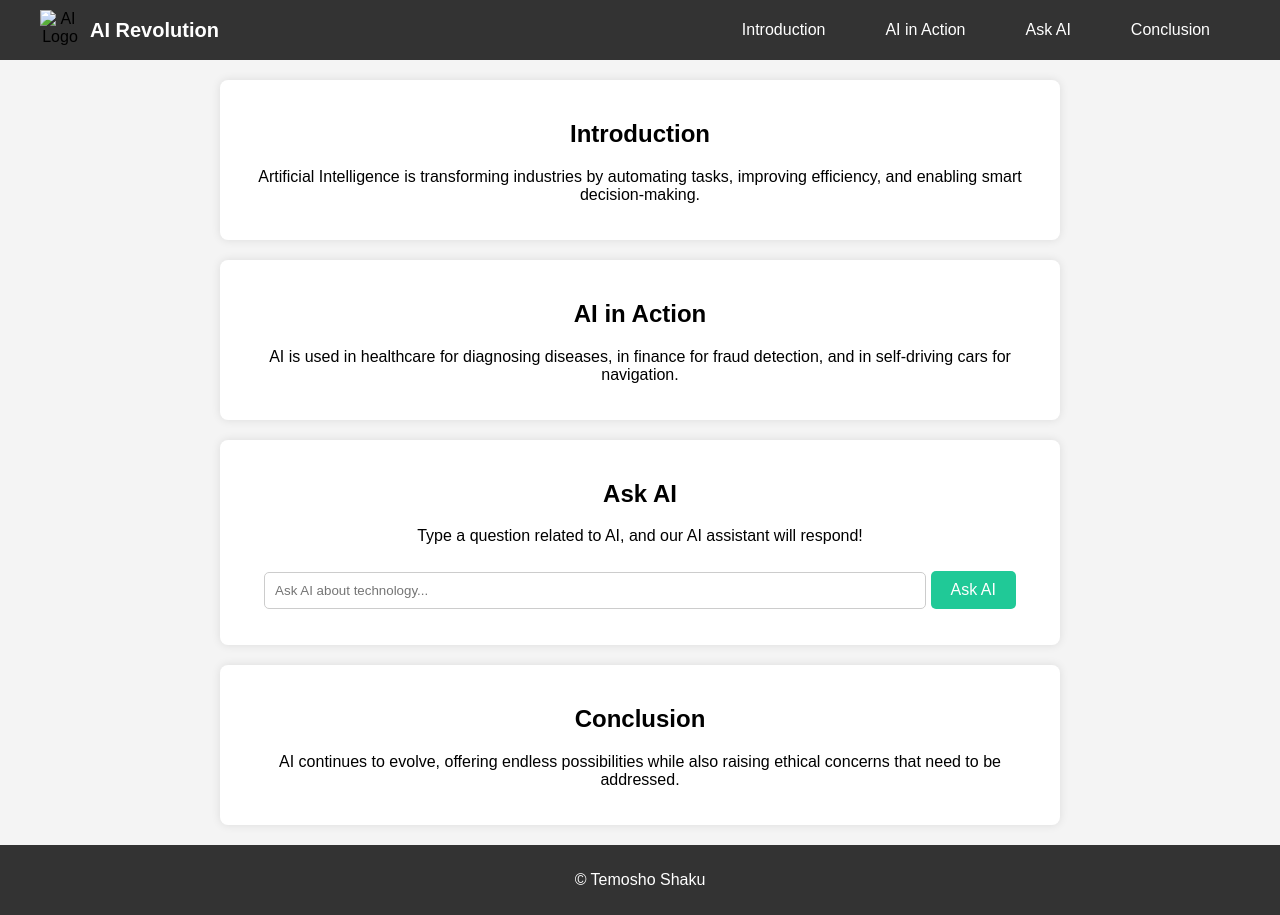
Repository: TemoshoS/ai
Page: index.html
An editor plug-in stored every save of this project. The page is shown before and after a run of saves, followed by the edit.
The browser window is 1280 px wide. The pictures show the whole page.

Above is the page before, as saved 2025-02-16 15:22:14.
Not found: ai-icon.png

### index.html
<!DOCTYPE html>
<html lang="en">
<head>
    <meta charset="UTF-8">
    <meta name="viewport" content="width=device-width, initial-scale=1.0">
    <title>AI Revolution</title>
    <link rel="stylesheet" href="styles.css">
</head>
<body>

    <nav>
        <div class="nav-container">
            <div class="logo">
                <img src="ai-icon.png" alt="AI Logo">
                <span>AI Revolution</span>
            </div>
            <ul class="nav-links">
                <li><a href="#intro">Introduction</a></li>
                <li><a href="#body">AI in Action</a></li>
                <li><a href="#chatbot">Ask AI</a></li>
                <li><a href="#conclusion">Conclusion</a></li>
            </ul>
        </div>
    </nav>

    <section id="intro">
        <h2>Introduction</h2>
        <p>Artificial Intelligence is transforming industries by automating tasks, improving efficiency, and enabling smart decision-making.</p>
    </section>

    <section id="body">
        <h2>AI in Action</h2>
        <p>AI is used in healthcare for diagnosing diseases, in finance for fraud detection, and in self-driving cars for navigation.</p>
    </section>

    <section id="chatbot">
        <h2>Ask AI</h2>
        <p>Type a question related to AI, and our AI assistant will respond!</p>
        <input type="text" id="userInput" placeholder="Ask AI about technology...">
        <button id="askAI">Ask AI</button>
        <p id="aiResponse"></p>
    </section>

    <section id="conclusion">
        <h2>Conclusion</h2>
        <p>AI continues to evolve, offering endless possibilities while also raising ethical concerns that need to be addressed.</p>
    </section>

    <footer>
        <p>&copy; Temosho Shaku</p>
    </footer>

    <script src="script.js"></script>
</body>
</html>

### styles.css
body {
    font-family: Arial, sans-serif;
    margin: 0;
    padding: 0;
    background-color: #f4f4f4;
    text-align: center;
}

/* NAVIGATION BAR */
nav {
    background: #333;
    padding: 10px 20px;
}

.nav-container {
    display: flex;
    justify-content: space-between;
    align-items: center;
    max-width: 1200px;
    margin: auto;
}

.logo {
    display: flex;
    align-items: center;
}

.logo img {
    width: 40px;
    height: 40px;
    margin-right: 10px;
}

.logo span {
    font-size: 20px;
    color: white;
    font-weight: bold;
}

.nav-links {
    list-style: none;
    display: flex;
    margin: 0;
    padding: 0;
}

.nav-links li {
    margin: 0 15px;
}

.nav-links li a {
    color: white;
    text-decoration: none;
    padding: 10px 15px;
    display: block;
}

.nav-links li a:hover {
    background-color: #20C997;
    border-radius: 5px;
}

/* CONTENT */
section {
    padding: 20px;
    max-width: 800px;
    margin: auto;
    background: white;
    margin-top: 20px;
    border-radius: 8px;
    box-shadow: 0px 0px 10px rgba(0, 0, 0, 0.1);
}

/* AI CHAT */
input {
    padding: 10px;
    width: 80%;
    border: 1px solid #ccc;
    border-radius: 5px;
    margin-top: 10px;
}

button {
    background-color: #20C997;
    color: white;
    padding: 10px 20px;
    border: none;
    font-size: 16px;
    cursor: pointer;
    margin-top: 10px;
    border-radius: 5px;
}

button:hover {
    background-color: #17a589;
}

#aiResponse {
    font-weight: bold;
    color: #333;
    margin-top: 15px;
}

/* FOOTER */
footer {
    margin-top: 20px;
    background-color: #333;
    color: white;
    padding: 10px;
}

### script.js

document.getElementById("askAI").addEventListener("click", function () {
    let userInput = document.getElementById("userInput").value.trim();

    if (!userInput) {
        alert("Please enter a question!");
        return;
    }

    document.getElementById("aiResponse").innerText = "Thinking...";

    setTimeout(() => {
        let fakeResponses = [
            "AI helps automate repetitive tasks.",
            "Machine learning enables computers to learn from data.",
            "AI is used in chatbots, self-driving cars, and healthcare.",
            "AI raises ethical concerns, including bias and job automation.",
            "AI can improve cybersecurity by detecting threats."
        ];

        let randomResponse = fakeResponses[Math.floor(Math.random() * fakeResponses.length)];

        document.getElementById("aiResponse").innerText = randomResponse;
    }, 1500);
});

After the next 7 saves:
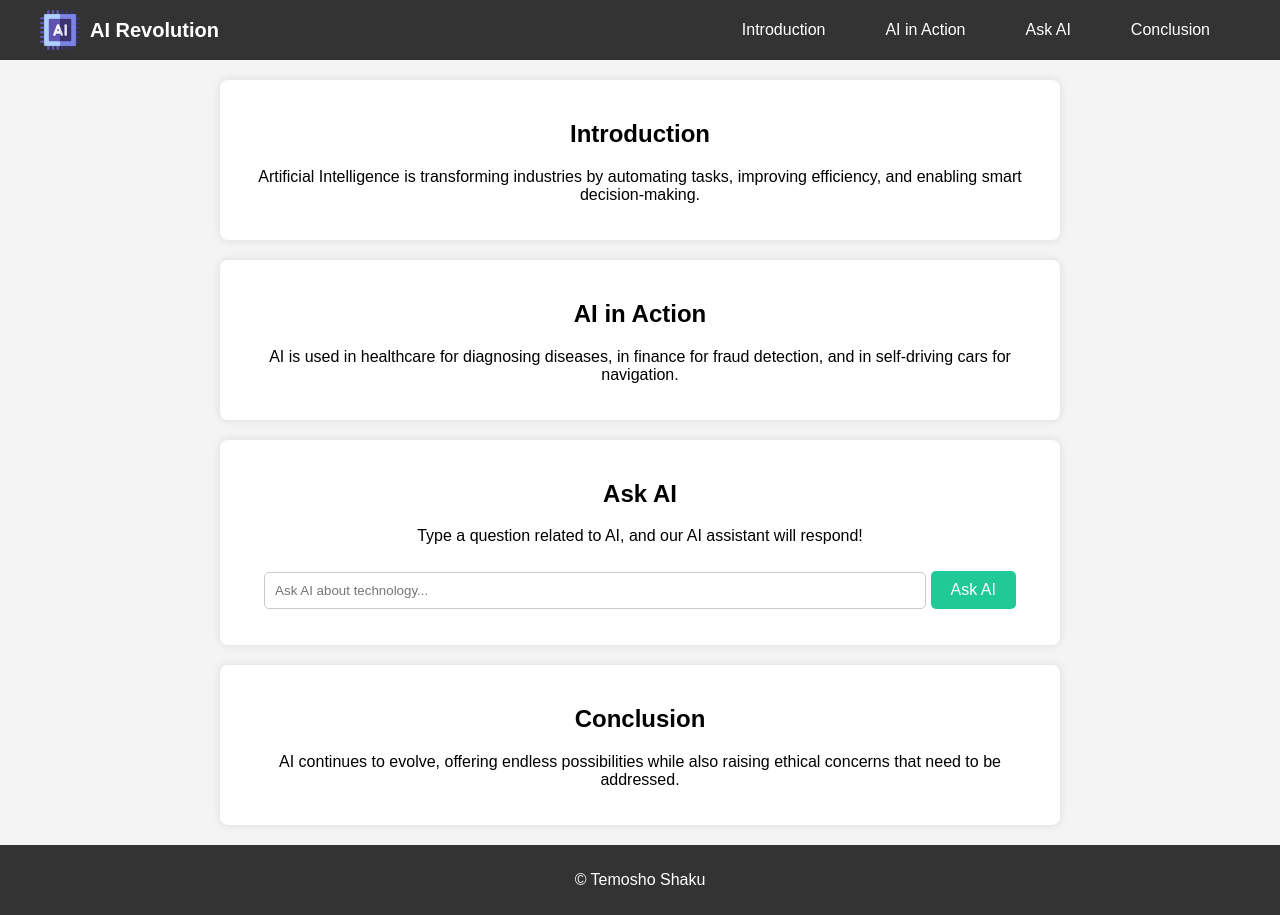
The 7 saves are shown as one change because they came seconds apart.
The last was saved 6 min 43 s later.
--- a/index.html
+++ b/index.html
@@ -11,7 +11,7 @@
     <nav>
         <div class="nav-container">
             <div class="logo">
-                <img src="ai-icon.png" alt="AI Logo">
+                <img src="./ai.png" alt="AI Logo">
                 <span>AI Revolution</span>
             </div>
             <ul class="nav-links">
